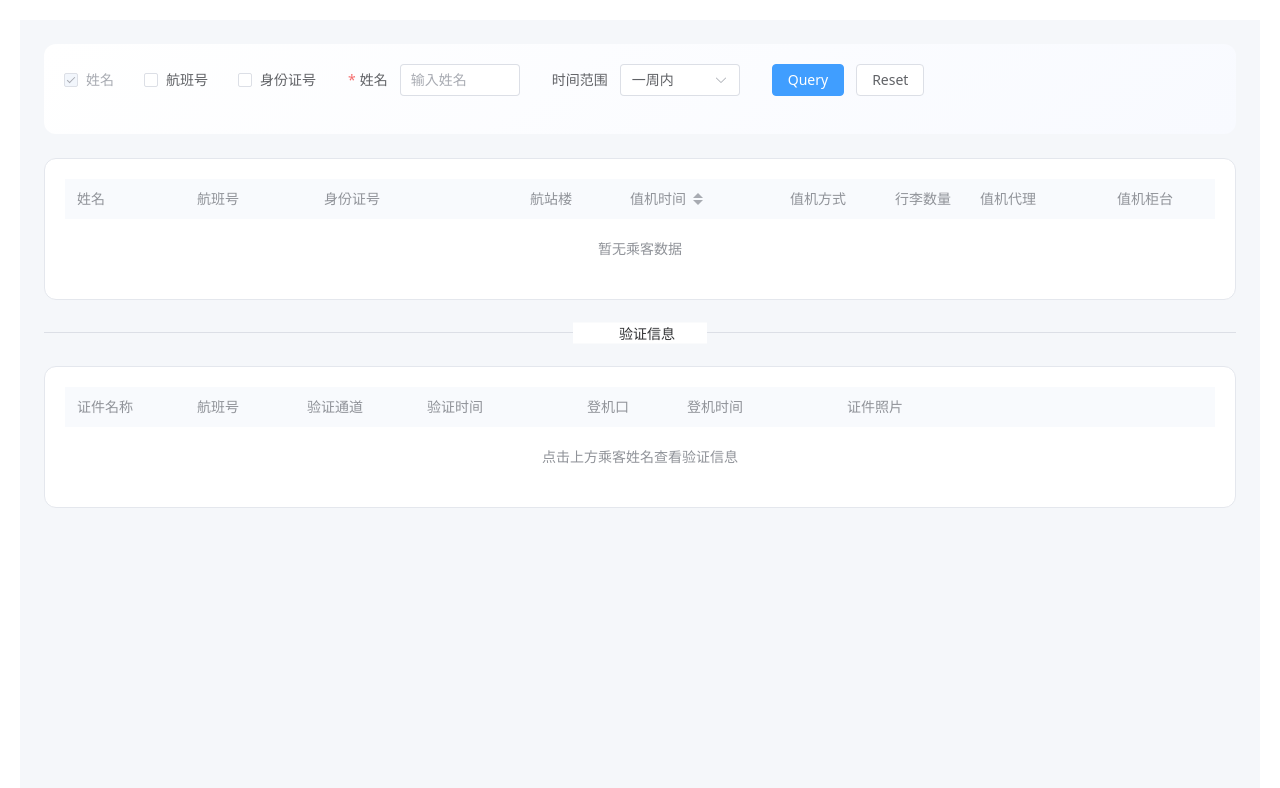
Repository: jhonMacTavish/through-baggage-info-check
Page: / (app in web/)
The author's editor kept a copy of each file at every save. The page is drawn from the files as they stood at one save, then again after a run of saves.
The browser window is 1280 px wide. The pictures show the whole page.
The project was rebuilt for these pictures with package versions that can differ from the ones it lists, and the page was loaded fresh each time. Also part of the build but not shown: web/vite.config.js.

Above is the page before, as saved 2025-03-13 12:33:48.

### web/index.html
<!--
 * @Author: john_mactavish 981192661@qq.com
 * @Date: 2025-03-12 09:20:58
 * @LastEditors: john_mactavish 981192661@qq.com
 * @LastEditTime: 2025-03-12 16:38:07
 * @FilePath: \passengerInfoSearch\web\index.html
 * @Description: 这是默认设置,请设置`customMade`, 打开koroFileHeader查看配置 进行设置: https://github.com/OBKoro1/koro1FileHeader/wiki/%E9%85%8D%E7%BD%AE
-->
<!doctype html>
<html lang="en">
  <head>
    <meta charset="UTF-8" />
    <link rel="icon" type="image/svg+xml" href="/vite.svg" />
    <meta name="viewport" content="width=device-width, initial-scale=1.0" />
    <title>旅客信息查询</title>
  </head>
  <body>
    <div id="app"></div>
    <script type="module" src="/src/main.js"></script>
  </body>
</html>

### web/src/main.js
/*
 * @Author: john_mactavish 981192661@qq.com
 * @Date: 2025-03-12 09:20:58
 * @LastEditors: john_mactavish 981192661@qq.com
 * @LastEditTime: 2025-03-12 09:31:55
 * @FilePath: \passengerInfoSearch\web\src\main.js
 * @Description: 这是默认设置,请设置`customMade`, 打开koroFileHeader查看配置 进行设置: https://github.com/OBKoro1/koro1FileHeader/wiki/%E9%85%8D%E7%BD%AE
 */
import { createApp } from 'vue'
import './style.css'
import ElementPlus from 'element-plus'
import 'element-plus/dist/index.css'
import App from './App.vue'

createApp(App).use(ElementPlus).mount('#app')

### web/src/style.css
:root {
  font-family: system-ui, Avenir, Helvetica, Arial, sans-serif;
  line-height: 1.5;
  font-weight: 400;

  color-scheme: light dark;
  color: rgba(255, 255, 255, 0.87);
  background-color: #242424;

  font-synthesis: none;
  text-rendering: optimizeLegibility;
  -webkit-font-smoothing: antialiased;
  -moz-osx-font-smoothing: grayscale;
}

a {
  font-weight: 500;
  color: #646cff;
  text-decoration: inherit;
}
a:hover {
  color: #535bf2;
}

body {
  margin: 0;
  display: flex;
  place-items: center;
  min-width: 320px;
  min-height: 100vh;
}

h1 {
  font-size: 3.2em;
  line-height: 1.1;
}

button {
  border-radius: 8px;
  border: 1px solid transparent;
  padding: 0.6em 1.2em;
  font-size: 1em;
  font-weight: 500;
  font-family: inherit;
  background-color: #1a1a1a;
  cursor: pointer;
  transition: border-color 0.25s;
}
button:hover {
  border-color: #646cff;
}
button:focus,
button:focus-visible {
  outline: 4px auto -webkit-focus-ring-color;
}

.card {
  padding: 2em;
}

#app {
  box-sizing: border-box;
  width: 100vw;
  height: 100vh;
  margin: 0 auto;
  padding: 20px;
  /* text-align: center; */
}

@media (prefers-color-scheme: light) {
  :root {
    color: #213547;
    background-color: #ffffff;
  }
  a:hover {
    color: #747bff;
  }
  button {
    background-color: #f9f9f9;
  }
}

### web/src/App.vue
<!--
 * @Author: john_mactavish 981192661@qq.com
 * @Date: 2025-03-12 09:20:58
 * @LastEditors: john_mactavish 981192661@qq.com
 * @LastEditTime: 2025-03-13 12:18:31
 * @FilePath: \passengerInfoSearch\web\src\App.vue
-->
<script setup>
import { ref } from 'vue'
import { ElMessage } from 'element-plus'
import Header from './components/Header.vue'
import axios from 'axios'
import { dayjs } from 'element-plus'

const passengerData = ref([])
const verifyData = ref([])
const loading = ref(false)
const photoPreviewVisible = ref(false)

// 防抖处理查询
const queryPassenger = async (params) => {
  try {
    loading.value = true
    const { data } = await axios.get("/api/queryPassenger", { params })
    passengerData.value = data.data.map(item => ({
      ...item,
      CHECKIN_TIME: dayjs(item.CHECKIN_TIME).format('YYYY-MM-DD HH:mm:ss')
    }))
  } catch (error) {
    ElMessage.error(`查询失败: ${error.message}`)
  } finally {
    loading.value = false
  }
}

const queryVerify = async (row) => {
  try {
    const time = dayjs().diff(row.FLIGHT_DATE, 'day')
    const { data } = await axios.get("/api/queryVerify", {
      params: {
        PASSENGER_ID: row.ID,
        time
      }
    })
    console.log(data);
    verifyData.value = data.data.map(item => ({
      ...item,
      VERIFY_TIME: dayjs(item.VERIFY_TIME).format('YYYY-MM-DD HH:mm:ss'),
      BOARD_TIME: dayjs(item.BOARD_TIME).format('YYYY-MM-DD HH:mm:ss')
    }))
  } catch (error) {
    ElMessage.error(`验证信息获取失败: ${error.message}`)
  }
}

const reset = () => {
  passengerData.value = []
  verifyData.value = []
}
</script>

<template>
  <div class="container">
    <el-container>
      <!-- 头部区域 -->
      <el-header class="header-wrapper">
        <el-card shadow="hover" class="header-card">
          <Header @emitSearch="queryPassenger" @emitReset="reset" />
        </el-card>
      </el-header>

      <!-- 主内容区域 -->
      <el-main class="main-wrapper">
        <!-- 乘客信息卡片 -->
        <el-card shadow="hover" class="table-card">
          <el-skeleton :loading="loading" :rows="6" animated>
            <el-table :data="passengerData" stripe highlight-current-row @row-click="queryVerify" empty-text="暂无乘客数据">
              <el-table-column label="姓名" width="120">
                <template #default="scope">
                  <el-button link type="primary" class="name-btn" @click.stop="queryVerify(scope.row)">
                    {{ scope.row.NAME }}
                  </el-button>
                </template>
              </el-table-column>
              <el-table-column prop="FLIGHT_NO" label="航班号" min-width="110" />
              <el-table-column prop="ID_CARD" label="身份证号" min-width="180" />
              <el-table-column prop="TERMINALL" label="航站楼" width="100" />
              <el-table-column prop="CHECKIN_TIME" label="值机时间" width="160" sortable />
              <el-table-column prop="CHECKIN_WAY" label="值机方式" width="100" />
              <el-table-column prop="BAGGAGE_NUM" label="行李数量" width="90" align="center" />
              <el-table-column prop="CHECKIN_AGENT" label="值机代理" min-width="120" />
              <el-table-column prop="CHECKIN_OFFCIE" label="值机柜台" width="110" />
            </el-table>
          </el-skeleton>
        </el-card>

        <!-- 分隔线 -->
        <el-divider class="custom-divider">
          <el-icon><arrow-down /></el-icon>
          <span class="divider-text">验证信息</span>
        </el-divider>

        <!-- 验证信息卡片 -->
        <el-card shadow="hover" class="table-card">
          <el-table :data="verifyData" stripe empty-text="点击上方乘客姓名查看验证信息">
            <el-table-column prop="CARD_NAME" label="证件名称" width="120" />
            <el-table-column prop="FLIGHT_NO" label="航班号" width="110" />
            <el-table-column prop="CHANNEL" label="验证通道" width="120" />
            <el-table-column prop="VERIFY_TIME" label="验证时间" width="160" />
            <el-table-column prop="GATE" label="登机口" width="100" />
            <el-table-column prop="BOARD_TIME" label="登机时间" width="160" />
            <el-table-column label="证件照片">
              <template #default="scope">
                <!-- <el-image
                  :src="`http://10.33.113.23:8002${scope.row.PASS_PHOTO}`"
                  :preview-src-list="[`http://10.33.113.23:8002${scope.row.PASS_PHOTO}`]"
                  fit="cover"
                  class="pass-photo"
                  hide-on-click-modal
                > -->
                <el-image style="width: 100px; height: 100px" :src="`http://10.33.113.23:8002${scope.row.PASS_PHOTO}`" :zoom-rate="1.2" :max-scale="7"
                  :min-scale="0.2" :preview-src-list="[`http://10.33.113.23:8002${scope.row.PASS_PHOTO}`]" show-progress :initial-index="4" fit="cover">
                  <template #error>
                    <div class="image-error">
                      <el-icon>
                        <picture />
                      </el-icon>
                      <span>加载失败</span>
                    </div>
                  </template>
                </el-image>
              </template>
            </el-table-column>
          </el-table>
        </el-card>
      </el-main>
    </el-container>
  </div>
</template>

<style scoped lang="scss">
.container {
  max-width: 1440px;
  margin: 0 auto;
  padding: 24px;
  background: #f5f7fa;
  min-height: 100vh;
}

.header-wrapper {
  height: auto;
  padding: 0;
  margin-bottom: 24px;

  .header-card {
    border-radius: 12px;
    background: linear-gradient(145deg, #ffffff 0%, #f8faff 100%);
    border: none;
  }
}

.main-wrapper {
  padding: 0;

  .table-card {
    border-radius: 12px;
    margin-bottom: 24px;
    transition: box-shadow 0.3s ease;

    &:hover {
      box-shadow: 0 6px 18px rgba(0, 0, 0, 0.08);
    }

    :deep(.el-table) {
      --el-table-border-color: transparent;
      --el-table-header-bg-color: #f8fafd;
    }
  }
}

.custom-divider {
  margin: 32px 0;
  color: #909399;

  .divider-text {
    margin: 0 12px;
    font-size: 14px;
    font-weight: 500;
  }

  .el-icon {
    vertical-align: middle;
  }
}

.name-btn {
  font-weight: 500;
  transition: all 0.2s;

  &:hover {
    transform: translateX(3px);
    color: var(--el-color-primary) !important;
  }
}

.pass-photo {
  // width: 120px;
  // height: 80px;
  border-radius: 6px;
  box-shadow: 0 2px 8px rgba(0, 0, 0, 0.1);
  transition: transform 0.3s;

  &:hover {
    transform: scale(1.03);
    cursor: zoom-in;
  }
}

.image-error {
  @apply flex flex-col items-center justify-center h-full text-gray-400;

  .el-icon {
    font-size: 24px;
    margin-bottom: 8px;
  }
}
</style>

### web/src/components/Header.vue
<!--
 * @Author: john_mactavish 981192661@qq.com
 * @Date: 2025-03-12 09:20:58
 * @LastEditors: john_mactavish 981192661@qq.com
 * @LastEditTime: 2025-03-13 12:33:48
 * @FilePath: \passengerInfoSearch\web\src\components\Header.vue
 * @Description: 这是默认设置,请设置`customMade`, 打开koroFileHeader查看配置 进行设置: https://github.com/OBKoro1/koro1FileHeader/wiki/%E9%85%8D%E7%BD%AE
-->
<template>
  <el-form ref="ruleFormRef" :rules="rules" :inline="true" :model="ruleForm" class="demo-form-inline">
    <el-form-item>
      <el-checkbox-group v-model="checkedItems" :min="1" @change="resetForm(ruleFormRef)">
        <el-checkbox v-for="item in items" :key="item" :label="item" :value="item">
          {{ item }}
        </el-checkbox>
      </el-checkbox-group>
    </el-form-item>
    <el-form-item label="姓名" prop="name" v-if="checkedItems.includes('姓名')">
      <el-input v-model="ruleForm.name" :formatter="(value) => value.toUpperCase()" placeholder="输入姓名" clearable />
    </el-form-item>
    <el-form-item label="航班号" prop="flight" v-if="checkedItems.includes('航班号')">
      <el-input v-model="ruleForm.flight" :formatter="(value) => value.toUpperCase()" placeholder="输入航班号" clearable />
    </el-form-item>
    <el-form-item label="身份证号" prop="IDcard" v-if="checkedItems.includes('身份证号')">
      <el-input v-model="ruleForm.IDcard" :formatter="(value) => value.toUpperCase()" placeholder="输入身份证号" clearable />
    </el-form-item>
    <el-form-item label="时间范围">
      <el-select v-model="ruleForm.time" placeholder="选择时间">
        <el-option label="一周内" :value="7" />
        <el-option label="一月内" :value="30" />
      </el-select>
    </el-form-item>
    <el-form-item>
      <el-button type="primary" @click="onSubmit(ruleFormRef)">Query</el-button>
      <el-button @click="handleChange">Reset</el-button>
    </el-form-item>
  </el-form>
</template>

<script lang="ts" setup>
import { ref, reactive, defineEmits } from 'vue'
import type { FormInstance, FormRules } from 'element-plus'

const emit = defineEmits([
  'emitSearch', 'emitReset'
])
const checkedItems = ref(['姓名'])
const items = ['姓名', '航班号', '身份证号']

const ruleForm = reactive({
  name: '',
  flight: '',
  IDcard: '',
  time: 7
})
const validators = [
  (rule: any, value: any, callback: any) => {
    if (value === '') {
      callback(new Error('请输入姓名'))
    } else if (!/^[\u4e00-\u9fa5]{2,4}$/.test(value)) {
      callback(new Error("输入的姓名不符合规范"))
    } else {
      callback()
    }
  },
  (rule: any, value: any, callback: any) => {
    if (value === '') {
      callback(new Error('请输入航班号'))
    } else if (!/^[A-Z\d]{2}\d{3,4}$/.test(value)) {
      callback(new Error("输入的航班号不符合规范"))
    } else {
      callback()
    }
  },
  (rule: any, value: any, callback: any) => {
    if (value === '') {
      callback(new Error('请输入航班号'))
    } else if (!/^[1-9]\d{5}(18|19|20)\d{2}((0[1-9])|(1[0-2]))(([0-2][1-9])|10|20|30|31)\d{3}[0-9Xx]$/.test(value)) {
      callback(new Error("输入的身份证号不符合规范"))
    } else {
      callback()
    }
  }
];
const ruleFormRef = ref<FormInstance>()
const rules = reactive<FormRules<typeof ruleForm>>({
  name: [{ required: checkedItems.value.includes('姓名'), validator: validators[0], trigger: 'blur' }],
  flight: [{ required: checkedItems.value.includes('航班号'), validator: validators[1], trigger: 'blur' }],
  IDcard: [{ required: checkedItems.value.includes('身份证号'), validator: validators[2], trigger: 'blur' }],
})

const handleChange = () => {
  Object.keys(ruleForm).forEach(key => {
    if (ruleForm[key] && key !='time') {
      // console.log(key, params[key]);
      ruleForm[key] = '';
    }
  });
}

const onSubmit = async (formEl: FormInstance | undefined) => {
  if (!formEl) return
  await formEl.validate((valid) => {
    if (valid) {
      console.log('submit');
      emit('emitSearch', ruleForm);
    } else {
      console.log('error submit');
    }
  })
}

const resetForm = (formEl: FormInstance | undefined) => {
  if (!formEl) return
  formEl.resetFields();
  emit('emitReset', '');
}
</script>

<style>
.demo-form-inline .el-input {
  --el-input-width: 120px;
}

.demo-form-inline .el-select {
  --el-select-width: 120px;
}
</style>

After the next 2 saves:
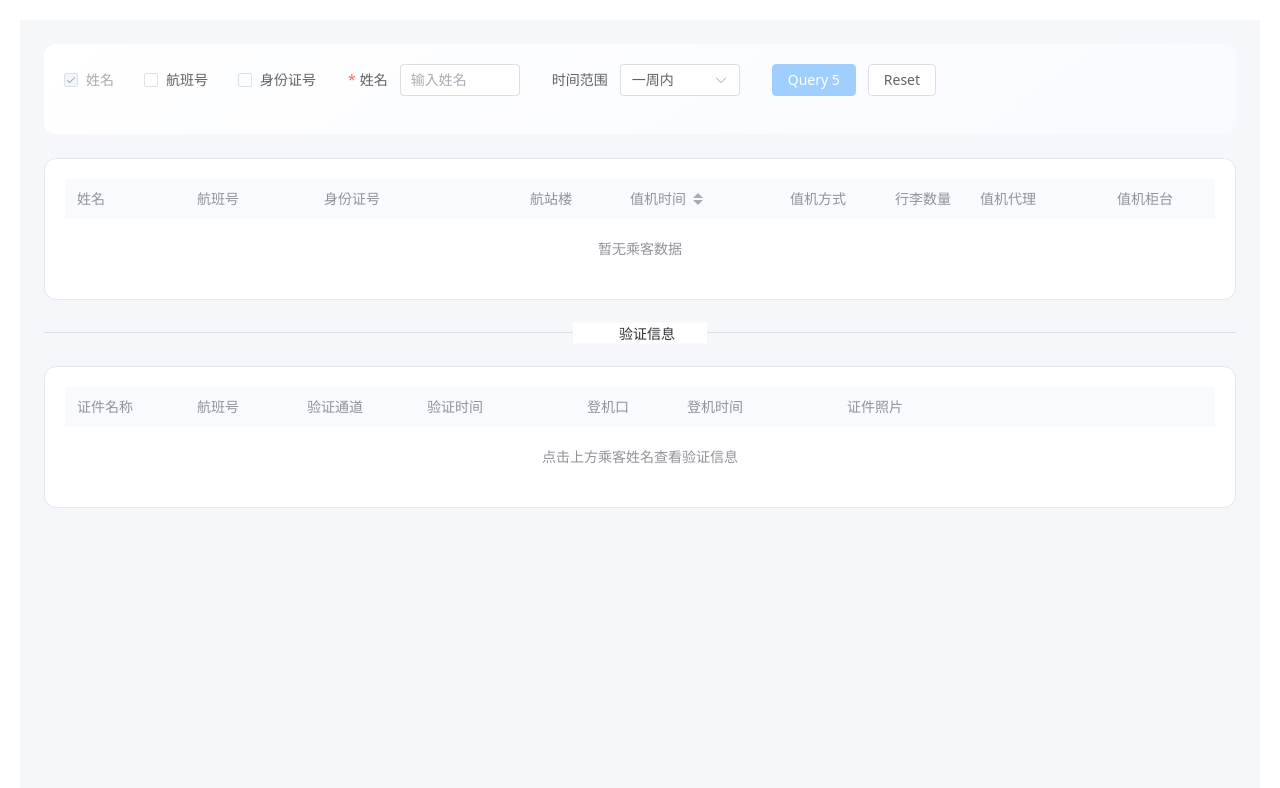
The 2 saves are shown as one change because they came seconds apart.
The last was saved 44 h 42 min later.
--- a/web/src/components/Header.vue
+++ b/web/src/components/Header.vue
@@ -2,7 +2,7 @@
  * @Author: john_mactavish 981192661@qq.com
  * @Date: 2025-03-12 09:20:58
  * @LastEditors: john_mactavish 981192661@qq.com
- * @LastEditTime: 2025-03-13 12:33:48
+ * @LastEditTime: 2025-03-15 09:15:49
  * @FilePath: \passengerInfoSearch\web\src\components\Header.vue
  * @Description: 这是默认设置,请设置`customMade`, 打开koroFileHeader查看配置 进行设置: https://github.com/OBKoro1/koro1FileHeader/wiki/%E9%85%8D%E7%BD%AE
 -->
@@ -31,7 +31,8 @@
       </el-select>
     </el-form-item>
     <el-form-item>
-      <el-button type="primary" @click="onSubmit(ruleFormRef)">Query</el-button>
+      <el-button type="primary" @click="onSubmit(ruleFormRef)" :disabled="btnDisabled">Query {{ btnDisabled ? time : null
+        }}</el-button>
       <el-button @click="handleChange">Reset</el-button>
     </el-form-item>
   </el-form>
@@ -87,11 +88,15 @@ const rules = reactive<FormRules<typeof ruleForm>>({
   name: [{ required: checkedItems.value.includes('姓名'), validator: validators[0], trigger: 'blur' }],
   flight: [{ required: checkedItems.value.includes('航班号'), validator: validators[1], trigger: 'blur' }],
   IDcard: [{ required: checkedItems.value.includes('身份证号'), validator: validators[2], trigger: 'blur' }],
-})
+});
+
+let timer = null;
+const time = ref(5);
+const btnDisabled = ref(true);
 
 const handleChange = () => {
   Object.keys(ruleForm).forEach(key => {
-    if (ruleForm[key] && key !='time') {
+    if (ruleForm[key] && key != 'time') {
       // console.log(key, params[key]);
       ruleForm[key] = '';
     }
@@ -104,6 +109,13 @@ const onSubmit = async (formEl: FormInstance | undefined) => {
     if (valid) {
       console.log('submit');
       emit('emitSearch', ruleForm);
+      timer = setInterval(() => {
+        time.value--;
+        if (time.value <= 0) {
+          clearInterval(timer);
+          time.value = 5;
+        }
+      });
     } else {
       console.log('error submit');
     }
